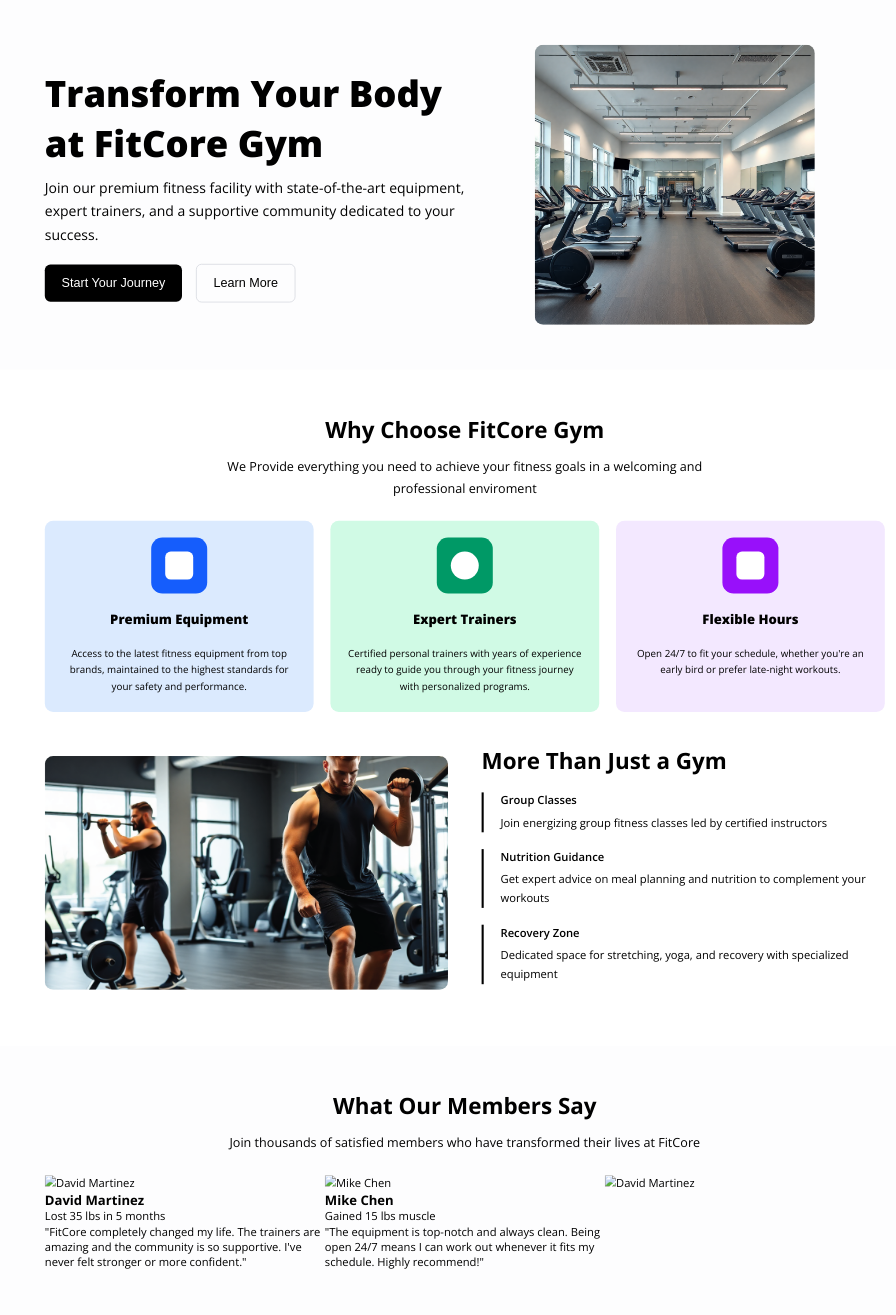
Repository: abdobadawi-ops/Route-Academy-Assignments
Page: Secon Assignment - fit-core-gym/index.html
The author's editor kept a copy of each file at every save. The page is drawn from the files as they stood at one save, then again after a run of saves.
The browser window is 1280 px wide. The pictures show the whole page, at 70% of full size.

Above is the page before, as saved 2026-04-28 13:34:25.

After the next 3 saves:
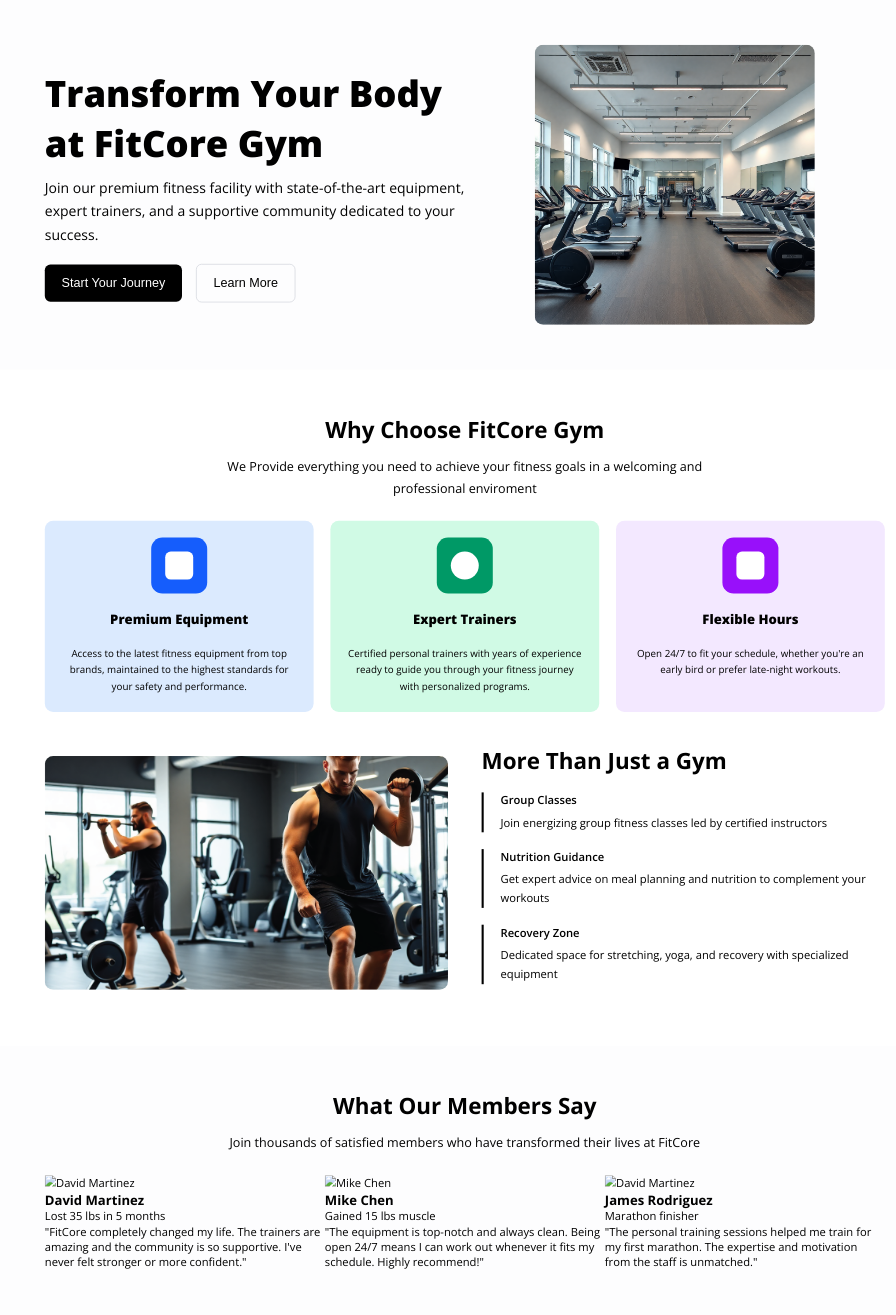
The 3 saves are shown as one change because they came seconds apart.
The last was saved 14 s later.
--- a/Secon Assignment - fit-core-gym/index.html
+++ b/Secon Assignment - fit-core-gym/index.html
@@ -162,10 +162,14 @@
             <div class="author-box">
               <img src="" alt="David Martinez" class="author-img" />
               <div class="author-info">
-                <h3 class="author-name"></h3>
-                <p class="author-desc"></p>
+                <h3 class="author-name">James Rodriguez</h3>
+                <p class="author-desc">Marathon finisher</p>
               </div>
-              <p class="review-text"></p>
+              <p class="review-text">
+                "The personal training sessions helped me train for my first
+                marathon. The expertise and motivation from the staff is
+                unmatched."
+              </p>
             </div>
           </div>
         </div>
